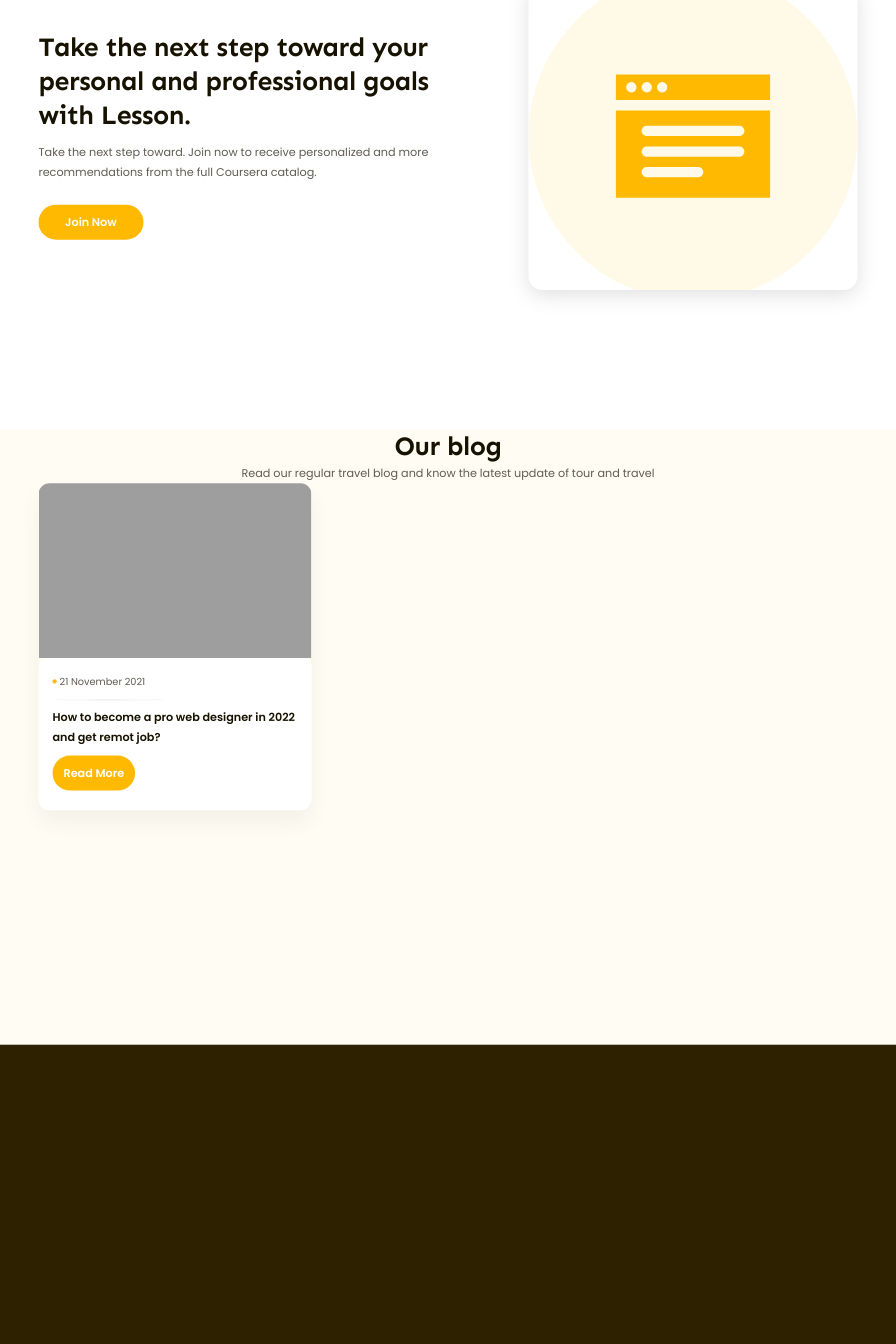
Repository: kauittt/LTWEB
Page: index.html
The author's editor kept a copy of each file at every save. The page is drawn from the files as they stood at one save, then again after the next save.
The browser window is 1280 px wide. The pictures show the part of the page from y = 3189 to 5109 px (the page is 5109 px tall), at 70% of full size.
Pictures or frames that could not be fetched are drawn as grey boxes.

Above is the page before, as saved 2023-01-25 22:46:04.

### index.html
<!DOCTYPE html>
<html lang="en">
    <head>
        <meta charset="UTF-8" />
        <meta http-equiv="X-UA-Compatible" content="IE=edge" />
        <meta name="viewport" content="width=device-width, initial-scale=1.0" />
        <title>F8-PROJECT-02</title>
        <!--* favicon  -->
        <link rel="icon" type="image/x-icon" href="./assets/img/f8-icon.png" />
        <!--* font awesome -->
        <link
            rel="stylesheet"
            href="https://cdnjs.cloudflare.com/ajax/libs/font-awesome/6.2.1/css/all.min.css"
        />
        <link rel="preconnect" href="https://cdnjs.cloudflare.com" />
        <!--* css -->
        <link rel="stylesheet" href="./assets/css/reset.css" />
        <link rel="stylesheet" href="./assets/font/stylesheet.css" />
        <link rel="stylesheet" href="./assets/css/styles.css" />
    </head>
    <body>
        <div id="container">
            <div id="header">
                <div class="content header-wrap">
                    <nav class="header-nav">
                        <img src="./assets/img/logo.svg" alt="Lesson." />

                        <div class="header-nav-list">
                            <a
                                href="#!"
                                class="header-nav-list__item header-nav-list__item--selected"
                            >
                                Home
                            </a>
                            <a href="#!" class="header-nav-list__item"
                                >Courses</a
                            >
                            <a href="#!" class="header-nav-list__item"
                                >Pricing</a
                            >
                            <a href="#!" class="header-nav-list__item"
                                >Reviews</a
                            >
                        </div>

                        <a href="#!" class="btn header-nav-btn">Sign Up</a>
                    </nav>

                    <div class="header-hero">
                        <div class="header-hero-img">
                            <img
                                src="./assets/img/header/guy.svg"
                                class="header-hero-img__item"
                            />

                            <div class="header-hero-img-infor">
                                <div class="header-hero-img-infor-item">
                                    <img
                                        src="./assets/img/header/item1.svg"
                                        alt="Desgin"
                                    />

                                    <div
                                        class="header-hero-img-infor-item-desc"
                                    >
                                        <p
                                            class="header-hero-img-infor-item-desc__quantity"
                                        >
                                            20 Courses
                                        </p>
                                        <p
                                            class="header-hero-img-infor-item-desc__name"
                                        >
                                            UI/UX Design
                                        </p>
                                    </div>
                                </div>

                                <div class="header-hero-img-infor-item">
                                    <img
                                        src="./assets/img/header/item2.svg"
                                        alt="Desgin"
                                    />

                                    <div
                                        class="header-hero-img-infor-item-desc"
                                    >
                                        <p
                                            class="header-hero-img-infor-item-desc__quantity"
                                        >
                                            15 Courses
                                        </p>
                                        <p
                                            class="header-hero-img-infor-item-desc__name"
                                        >
                                            Development
                                        </p>
                                    </div>
                                </div>

                                <div class="header-hero-img-infor-item">
                                    <img
                                        src="./assets/img/header/item3.svg"
                                        alt="Desgin"
                                    />

                                    <div
                                        class="header-hero-img-infor-item-desc"
                                    >
                                        <p
                                            class="header-hero-img-infor-item-desc__quantity"
                                        >
                                            30 Courses
                                        </p>
                                        <p
                                            class="header-hero-img-infor-item-desc__name"
                                        >
                                            Marketing
                                        </p>
                                    </div>
                                </div>
                            </div>
                        </div>

                        <div class="header-hero-content">
                            <h2 class="header-hero-content__heading">
                                Learn without limits and spread knowledge.
                            </h2>

                            <p class="header-hero-content__desc">
                                Build new skills for that “this is my year”
                                feeling with courses, certificates, and degrees
                                from world-class universities and companies.
                            </p>

                            <div class="header-hero-content-link">
                                <a
                                    href="#!"
                                    class="btn header-hero-content-link__btn"
                                >
                                    See Courses
                                </a>
                                <a
                                    href="#!"
                                    class="header-hero-content-link__video"
                                >
                                    <i class="fa-solid fa-play"></i>
                                    Watch Video
                                </a>
                            </div>

                            <p class="header-hero-content__more">
                                Recent engagement
                            </p>

                            <div class="header-hero-content-data">
                                <p class="sen header-hero-content-data__item">
                                    <span class="number">50K</span>Students
                                </p>

                                <p class="sen header-hero-content-data__item">
                                    <span class="number">70K+</span>Courses
                                </p>
                            </div>
                        </div>
                    </div>
                </div>
            </div>

            <div id="courses">
                <div class="content courses-wrap">
                    <div class="courses-header">
                        <h2 class="courses-header__heading sen">
                            Our popular courses
                        </h2>
                        <div class="courses-header-desc">
                            <p class="courses-header-desc__text">
                                Build new skills with new trendy courses and
                                shine for the next future career.
                            </p>
                            <div class="courses-header-desc-icon">
                                <a href="#!">
                                    <img
                                        src="./assets/img/courses/prev.svg"
                                        alt="prev"
                                        class="courses-header-desc-icon__item"
                                    />
                                </a>
                                <a href="#!">
                                    <img
                                        src="./assets/img/courses/next.svg"
                                        alt="next"
                                        class="courses-header-desc-icon__item"
                                    />
                                </a>
                            </div>
                        </div>
                    </div>

                    <div class="courses-list">
                        <div class="courses-list-item">
                            <img
                                src="./assets/img/courses/item1.svg"
                                alt="Photo"
                                class="courses-list-item__img"
                            />
                            <div class="courses-list-item-content">
                                <div class="courses-list-item-content-heading">
                                    <h3
                                        class="courses-list-item-content-heading__text"
                                    >
                                        Basic web design
                                    </h3>

                                    <div
                                        class="courses-list-item-content-heading-rating"
                                    >
                                        <i class="fa-solid fa-star"></i>
                                        <p
                                            class="courses-list-item-content-heading-rating__rate"
                                        >
                                            4.5
                                        </p>
                                    </div>
                                </div>
                                <p class="courses-list-item-content__desc">
                                    Get the best course, gain knowledge and
                                    shine for your future career.
                                </p>

                                <div class="courses-list-item-content-booking">
                                    <div
                                        class="courses-list-item-content-booking__price"
                                    >
                                        $120.75
                                    </div>
                                    <a
                                        href="#!"
                                        class="btn courses-list-item-content-booking__btn"
                                    >
                                        Book Now
                                    </a>
                                </div>
                            </div>
                        </div>

                        <div class="courses-list-item">
                            <img
                                src="./assets/img/courses/item2.svg"
                                alt="Photo"
                                class="courses-list-item__img"
                            />
                            <div class="courses-list-item-content">
                                <div class="courses-list-item-content-heading">
                                    <h3
                                        class="courses-list-item-content-heading__text"
                                    >
                                        UI/UX design
                                    </h3>

                                    <div
                                        class="courses-list-item-content-heading-rating"
                                    >
                                        <i class="fa-solid fa-star"></i>
                                        <p
                                            class="courses-list-item-content-heading-rating__rate"
                                        >
                                            4.8
                                        </p>
                                    </div>
                                </div>
                                <p class="courses-list-item-content__desc">
                                    Get the best course, gain knowledge and
                                    shine for your future career.
                                </p>

                                <div class="courses-list-item-content-booking">
                                    <div
                                        class="courses-list-item-content-booking__price"
                                    >
                                        $99.9
                                    </div>
                                    <a
                                        href="#!"
                                        class="btn courses-list-item-content-booking__btn"
                                    >
                                        Book Now
                                    </a>
                                </div>
                            </div>
                        </div>

                        <div class="courses-list-item">
                            <img
                                src="./assets/img/courses/item3.svg"
                                alt="Photo"
                                class="courses-list-item__img"
                            />
                            <div class="courses-list-item-content">
                                <div class="courses-list-item-content-heading">
                                    <h3
                                        class="courses-list-item-content-heading__text"
                                    >
                                        Web App design
                                    </h3>

                                    <div
                                        class="courses-list-item-content-heading-rating"
                                    >
                                        <i class="fa-solid fa-star"></i>
                                        <p
                                            class="courses-list-item-content-heading-rating__rate"
                                        >
                                            4.9
                                        </p>
                                    </div>
                                </div>
                                <p class="courses-list-item-content__desc">
                                    Get the best course, gain knowledge and
                                    shine for your future career.
                                </p>

                                <div class="courses-list-item-content-booking">
                                    <div
                                        class="courses-list-item-content-booking__price"
                                    >
                                        $75.9
                                    </div>
                                    <a
                                        href="#!"
                                        class="btn courses-list-item-content-booking__btn"
                                    >
                                        Book Now
                                    </a>
                                </div>
                            </div>
                        </div>
                    </div>
                </div>
            </div>

            <div id="testi">
                <content class="content testi-wrap">
                    <div class="testi-infor">
                        <img
                            src="./assets/img/testi/avt.svg"
                            alt="avatar"
                            class="testi-infor__avt"
                        />
                        <h2 class="testi-infor__name">Peter Moor</h2>
                        <p class="testi-infor__bgr">Student of Web Design</p>
                        <div class="testi-infor-dot">
                            <i
                                class="fa-solid fa-circle testi-infor-dot__item"
                            ></i
                            ><i
                                class="fa-solid fa-circle testi-infor-dot__item testi-infor-dot__item--selected"
                            ></i
                            ><i
                                class="fa-solid fa-circle testi-infor-dot__item"
                            ></i>
                        </div>
                    </div>

                    <d class="testi-content">
                        <p class="testi-content__text">
                            Not only does my resume look impressive—filled with
                            the names and logos of world-class institutions—but
                            these certificates also bring me closer to my career
                            goals by validating the skills I've learned."
                        </p>
                        <i
                            class="fa-solid fa-quote-left testi-content__quotes"
                        ></i>
                    </d>
                </content>
            </div>

            <div id="features">
                <div class="content features-wrap">
                    <div class="features-photoList">
                        <img
                            src="./assets/img/features/item1.svg"
                            alt="Photo"
                            class="features-photoList__item"
                        />
                        <img
                            src="./assets/img/features/item2.svg"
                            alt="Photo"
                            class="features-photoList__item"
                        />
                    </div>

                    <div class="features-header">
                        <h2 class="features-header__heading">
                            Learner outcomes through our awesome platform
                        </h2>
                        <p class="features-header__desc">
                            87% of people learning for professional development
                            report career benefits like getting a promotion, a
                            raise, or starting a new career.
                        </p>
                        <div class="features-header__more">
                            Lesson Impact Report (2022)
                        </div>
                        <a href="#!" class="btn features-header__btn"
                            >Sign Up</a
                        >
                    </div>
                </div>
            </div>

            <div id="cta">
                <div class="content cta-wrap">
                    <div class="cta-header">
                        <h2 class="cta-header__heading">
                            Take the next step toward your personal and
                            professional goals with Lesson.
                        </h2>

                        <p class="cta-header__desc">
                            Take the next step toward. Join now to receive
                            personalized and more recommendations from the full
                            Coursera catalog.
                        </p>

                        <a href="#!" class="btn cta-header__btn">Join Now</a>
                    </div>

                    <img
                        src="./assets/img/cta/item1.svg"
                        alt="Photo"
                        class="cta__photo"
                    />
                </div>
            </div>

            <div id="blog">
                <div class="content blog-wrap">
                    <div class="blog-header">
                        <h2 class="blog-header__heading">Our blog</h2>
                        <div class="blog-header__desc">
                            Read our regular travel blog and know the latest
                            update of tour and travel
                        </div>
                    </div>

                    <div class="blog-list">
                        <div class="blog-list-item">
                            <img
                                src="https://images.unsplash.com/photo-1674247489394-524fef63c0ff?ixlib=rb-4.0.3&ixid=MnwxMjA3fDB8MHxwaG90by1wYWdlfHx8fGVufDB8fHx8&auto=format&fit=crop&w=464&q=80"
                                alt="Photo"
                                class="blog-list-item__img"
                            />
                            <div class="blog-list-item-content">
                                <div class="blog-list-item-content__date">
                                    21 November 2021
                                </div>
                                <div class="blog-list-item-content__title">
                                    How to become a pro web designer in 2022 and
                                    get remot job?
                                </div>
                                <a
                                    href="#!"
                                    class="btn blog-list-item-content__btn"
                                >
                                    Read More
                                </a>
                            </div>
                        </div>
                    </div>
                </div>
            </div>

            <div id="footer">
                <div class="content footer-wrap"></div>
            </div>
        </div>
    </body>
</html>

Loaded but not shown: assets/css/reset.css (common file); assets/css/styles.css (683 lines, source omitted); assets/font/stylesheet.css (192 lines, source omitted)

After the next save:
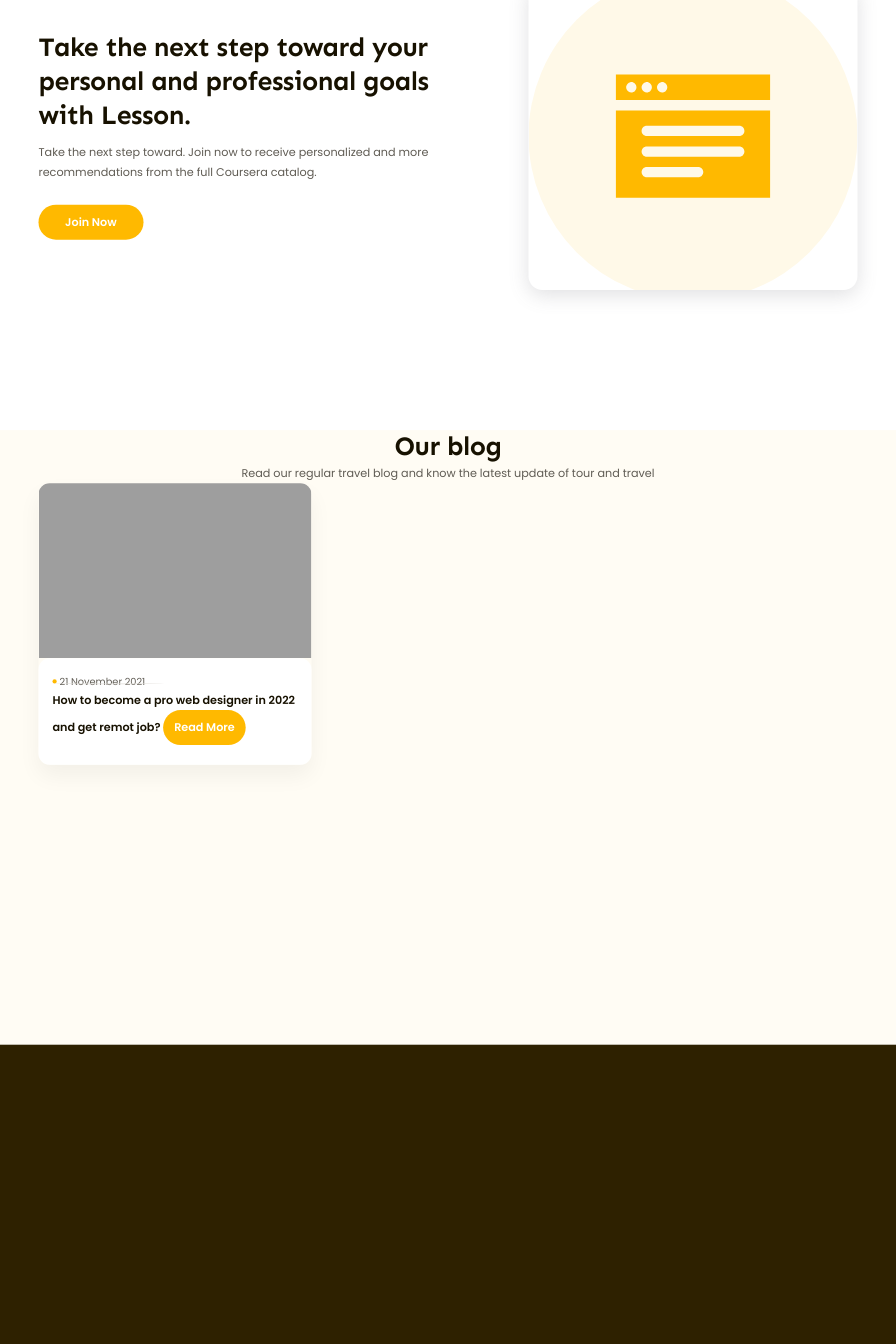
Saved 27 s later.
--- a/index.html
+++ b/index.html
@@ -453,13 +453,16 @@
                                 class="blog-list-item__img"
                             />
                             <div class="blog-list-item-content">
-                                <div class="blog-list-item-content__date">
+                                <p class="blog-list-item-content__date">
                                     21 November 2021
-                                </div>
-                                <div class="blog-list-item-content__title">
+                                </p>
+                                <a
+                                    href="#!"
+                                    class="blog-list-item-content__title"
+                                >
                                     How to become a pro web designer in 2022 and
                                     get remot job?
-                                </div>
+                                </a>
                                 <a
                                     href="#!"
                                     class="btn blog-list-item-content__btn"
